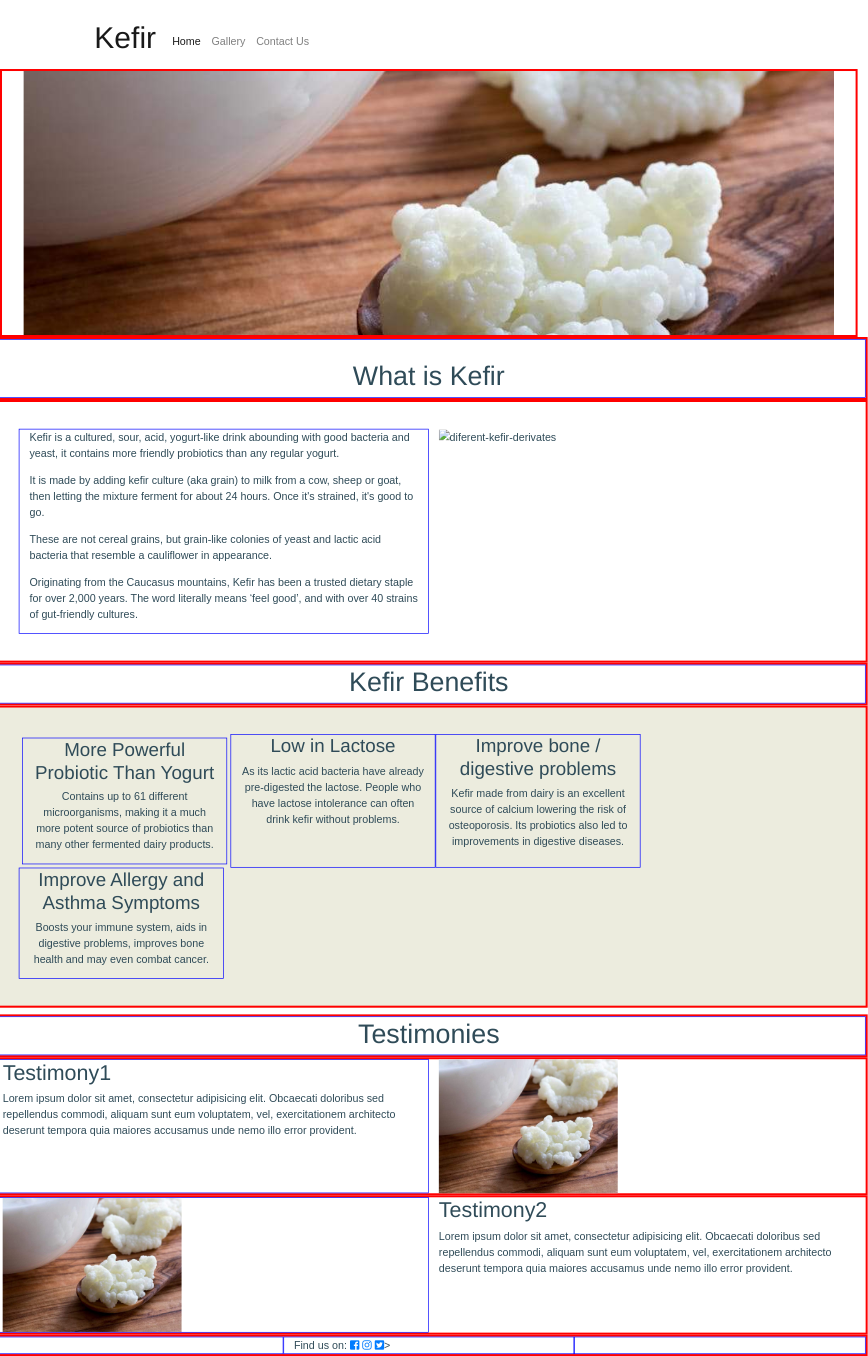
Repository: Code-Institute-Submissions/andna5980-kefir-repo_JuneResub
Page: index.html
An editor plug-in stored every save of this project. The page is shown before and after the next save, followed by the edit.
The browser window is 1280 px wide. The page is 1295 px wide, so the pictures cover 1295 px, including what lies to the right of the window. The pictures show the whole page, at 67% of full size.
Some web fonts or font styles are not loaded; a fallback is used. Some web libraries are served in a nearby version.

Above is the page before, as saved 2021-03-01 21:54:47.

### index.html
<!DOCTYPE html>
<html lang="en-US">

<head>
  <meta charset="UTF-8">
  <meta name="viewport" content="width=device-width, initial-scale=1.0">
  <meta name="author" content="Andres Navarrete">
  <meta name="description"
    content="Kefir, meet the power of nature. Bring the right knowledge and the best recipes from mother nature">
  <meta name="keywords" content="Kefir, recipes, natural-products, home-made, organic, healthy">
  <title>KEFIR | MEET THE POWER OF NATURE</title>
  <link rel="stylesheet" href="https://cdn.jsdelivr.net/npm/bootstrap@4.5.3/dist/css/bootstrap.min.css"
    integrity="sha384-TX8t27EcRE3e/ihU7zmQxVncDAy5uIKz4rEkgIXeMed4M0jlfIDPvg6uqKI2xXr2" crossorigin="anonymous">
  <link rel="stylesheet" href="https://use.fontawesome.com/releases/v5.6.3/css/all.css"
    integrity="sha384-UHRtZLI+pbxtHCWp1t77Bi1L4ZtiqrqD80Kn4Z8NTSRyMA2Fd33n5dQ8lWUE00s/" crossorigin="anonymous">
  <link href="./assets/styles/style.css" rel="stylesheet">
</head>

<body>
  <!--------------------Main-Header-------------------------------------->
  <header>
    <nav class="navbar navbar-expand-md navbar-light">
      <a class="navbar-brand" href="#">Kefir</a>
      <button class="navbar-toggler" type="button" data-toggle="collapse" data-target="#navbarNav"
        aria-controls="navbarNav" aria-expanded="false" aria-label="Toggle navigation">
        <span class="navbar-toggler-icon"></span>
      </button>
      <div class="collapse navbar-collapse" id="navbarNav">
        <ul class="navbar-nav">
          <li class="nav-item active">
            <a class="nav-link" href="#">Home <span class="sr-only">(current)</span></a>
          </li>
          <li class="nav-item">
            <a class="nav-link" href="#">Gallery</a>
          </li>
          <li class="nav-item">
            <a class="nav-link" href="#">Contact Us</a>
          </li>

        </ul>
      </div>
    </nav>
  </header>

  <!--------------------Hero-IMAGE--------------------- ----------------->

  <div class="test-red container-hero">
    <div class="hero-image col-12"></div>
  </div>


  <!--------------------What-is-kefir-------------------------------------->

  <section>
    <div class="test-red row">
      <div class="welcome-text test-blue col-12">
        <h1>What is Kefir</h1>
      </div>
    </div>

    <div class="kefir-description test-red row">
      <div class="test-blue col-12 col-sm-6 ">
        <p>Kefir is a cultured, sour, acid, yogurt-like drink abounding with good bacteria and yeast, it contains
          more friendly probiotics than any regular yogurt.</p>
      <p>It is made by adding kefir culture (aka grain) to milk from a cow, sheep or goat, then letting the
          mixture ferment for about 24 hours. Once it's strained, it's good to go.</p>
      <p>These are not cereal grains, but grain-like colonies of yeast and lactic acid bacteria that resemble a
          cauliflower in appearance.</p>
      <p>Originating from the Caucasus mountains, Kefir has been a trusted dietary staple for over 2,000 years.
          The word literally means ‘feel good’, and with over 40 strains of gut-friendly cultures.</p>
      </div>

      <div class="col-12 col-sm-6">
        <img src="" alt="diferent-kefir-derivates" height="200">
      </div>
    </div>

  </section>


  <!--------------------Kefir-benefits-------------------------------------->

  <section class="benefits-title">
    <div class="test-red row ">
      <div class=" test-blue col-12">
        <h1>Kefir Benefits</h1>
      </div>
    </div>

    <div class="test-red row benefits-row">
      <div class="test-blue benefits-box col-12 col-sm-6 col-md-3">
        <h3>More Powerful Probiotic Than Yogurt</h3>
        <p>Contains up to 61 different microorganisms, making it a much
          more potent source of probiotics than many other fermented dairy products.
        </p>
      </div>
      <div class="test-blue col-12 col-sm-6 col-md-3">
        <h3>Low in Lactose </h3>
        <p>As its lactic
          acid bacteria have already pre-digested the lactose. People who have lactose
          intolerance can often drink kefir without problems.
        </p>

      </div>
      <div class="test-blue col-12 col-sm-6 col-md-3">
        <h3>Improve bone / digestive problems </h3>
        <p>Kefir made from dairy is an excellent source of calcium lowering the risk of osteoporosis. Its probiotics
          also led to improvements in digestive diseases.
        </p>
      </div>
      <div class="test-blue col-12 col-sm-6 col-md-3">
        <h3>Improve Allergy and Asthma Symptoms</h3>
        <p>Boosts your immune system, aids in digestive problems, improves bone health and may even combat cancer.
        </p>
      </div>
    </div>
  </section>

  <!--------------------Testimonies-------------------------------------->

  <section>
    <div class="testimonies-title test-red row">
      <div class=" test-blue col-12">
        <h1>Testimonies</h1>
      </div>
    </div>

    <div class=" test-red row">
      <div class="test-blue col-12 col-sm-6">
        <h2>Testimony1</h2>
        <p>Lorem ipsum dolor sit amet, consectetur adipisicing elit. Obcaecati doloribus sed repellendus commodi,
          aliquam sunt eum voluptatem, vel, exercitationem architecto deserunt tempora quia maiores accusamus
          unde nemo illo error provident.</p>
      </div>

      <div class="col-12 col-sm-6">
        <img src="../src/assets/images/milk-kefir-grains-spoon_1024x1024.jpg" alt="kefir-products" height="200">
      </div>
    </div>

    <div class="test-red row">

      <div class="test-blue col-12 col-sm-6 order-1 order-xs-2">
        <img src="../src/assets/images/milk-kefir-grains-spoon_1024x1024.jpg" alt="kefir-products" height="200">
      </div>
      <div class="col-12 col-sm-6 order-2 order-xs-1">
        <h2>Testimony2</h2>
        <p>Lorem ipsum dolor sit amet, consectetur adipisicing elit. Obcaecati doloribus sed repellendus commodi,
          aliquam sunt eum voluptatem, vel, exercitationem architecto deserunt tempora quia maiores accusamus
          unde nemo illo error provident.</p>
      </div>
    </div>
  </section>

</body>

<footer>
  <div class="test-red row">
    <div class="test-blue col-4 "></div>
    <div class="test-blue col-4">
      <span>Find us on:</span>
      <a href="http://facebook.com" target="_blank"><i class="fab fa-facebook-square"></i></a>

      <a href="http://instagram.com" target="_blank"><i class="fab fa-instagram"></i></a>

      <a href="http://twitter.com" target="_blank"><i class="fab fa-twitter-square"></i></a>>
    </div>
    <div class="test-blue col-4"></div>
  </div>
</footer>
<!--
<nav class="navbar fixed-bottom navbar-light bg-light">
  <div class="container-fluid">
    <a class="navbar-brand" href="#">Fixed bottom</a>
  </div>
</nav> -->









<script src="https://code.jquery.com/jquery-3.2.1.slim.min.js"
  integrity="sha384-KJ3o2DKtIkvYIK3UENzmM7KCkRr/rE9/Qpg6aAZGJwFDMVNA/GpGFF93hXpG5KkN" crossorigin="anonymous"></script>
<script src="https://cdnjs.cloudflare.com/ajax/libs/popper.js/1.12.9/umd/popper.min.js"
  integrity="sha384-ApNbgh9B+Y1QKtv3Rn7W3mgPxhU9K/ScQsAP7hUibX39j7fakFPskvXusvfa0b4Q" crossorigin="anonymous"></script>
<script src="https://maxcdn.bootstrapcdn.com/bootstrap/4.0.0/js/bootstrap.min.js"
  integrity="sha384-JZR6Spejh4U02d8jOt6vLEHfe/JQGiRRSQQxSfFWpi1MquVdAyjUar5+76PVCmYl" crossorigin="anonymous"></script>

</html>

### assets/styles/style.css
@import url('https://fonts.googleapis.com/css2?family=Amatic+SC&family=Caveat+Brush&display=swap');

/*.container {
    margin: 15px;
}
*/

body {
    font-family: Arial, Helvetica, sans-serif;
    color: #2F4B58;
    max-width: 1500px;
}

h1, h2, h3 {
    font-family:  Caveat Brush, Helvetica, sans-serif;
    color: #2F4B58;
}


/*----------------------BORDER ROWS AND COLUMNS----------*/

.test-red {
    border: 3px solid red
}

.test-blue {
    border:1px solid blue
}


/*-----------------------Header ----------*/

.navbar-brand {
    float: left;
    color: #2F4B58;
    font-family:  Caveat Brush, Helvetica, sans-serif;
    font-size: 280%;
    margin-left: 10%;
    margin-top: 10px;
}

.navbar-nav {
    float: right;
}

.navbar-nav li a{
    margin-top: 20px;
    color: #2F4B58;
}


.navbar-toggler {
    border: 2px solid #2F4B58;
    color: #2F4B58;
}

/*
.navbar-toggler.icon{

}
*/





.menu a {
    text-decoration: none;
    color: #2F4B58;
}

.menu  {
list-style-type: none;
margin-right: 5%;
margin-top: 30px; /* CHAPUZA  */
word-spacing: 5px;
}

.menu ul {
    float:right;
    margin-left: 10px;
}

.menu li {
    list-style-type: none;
    display: inline-flex;
}


/*-----------------------Hero-image ----------*/

.container-hero {
    height: 400px;
    overflow: hidden;
}

.hero-image {
    height: 400px;
    width: 100%;
    background: url(../images/milk-kefir-grains-spoon_1024x1024.jpg) no-repeat center;
    animation-name: hero-zoom;
    animation-duration: 4s;
    animation-fill-mode: forwards;
}

/*------Animation of the Hero image-------*/

@keyframes hero-zoom {
    from{
        transform: scale(1);
    }
    to{
        transform: scale(1.2);
    }
}

/*-----------------------What-is-kefir-are----------*/

.welcome-text {
    text-align: center;
    margin: 25px, 0;
    padding-top: 30px;
}

.kefir-description{
    padding: 40px;
}




/*-----------------------kefir-benefits-area----------*/

.benefits-title {
    text-align: center;
    margin: 30px, 0;

}

.benefits-row {
    padding: 40px;
    color: #2F4B58;
    background-color: #ECECDE;
}

.benefits-box {
    margin: 5px;
}



/*-----------------------testimonies----------*/
.testimonies-title {
    text-align: center;
    margin: 25px, 0;
    margin-top: 10px;
}

After the next save:
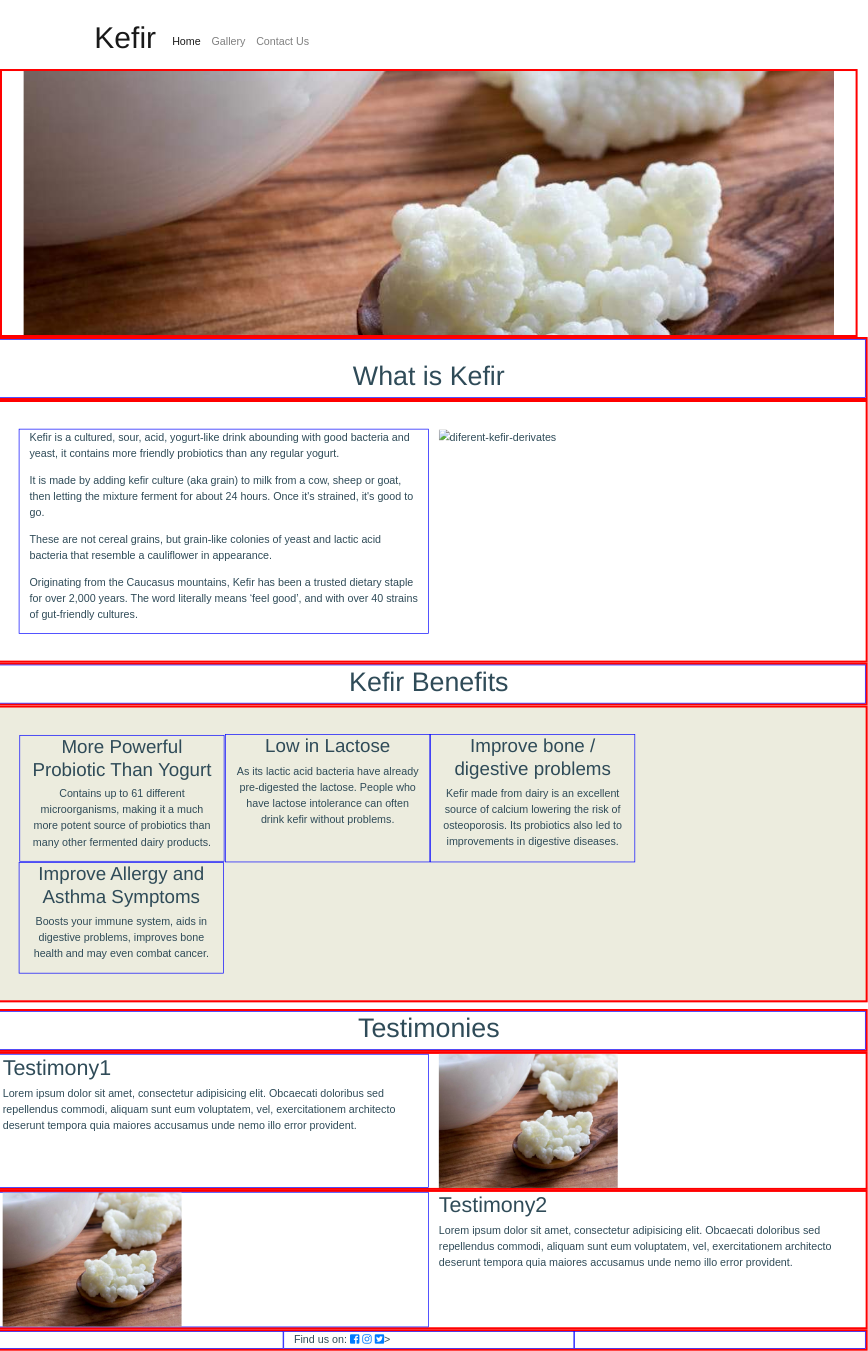
Saved 10 s later.
--- a/assets/styles/style.css
+++ b/assets/styles/style.css
@@ -144,7 +144,7 @@ word-spacing: 5px;
 }
 
 .benefits-box {
-    margin: 5px;
+    margin: 1px;
 }
 
 
